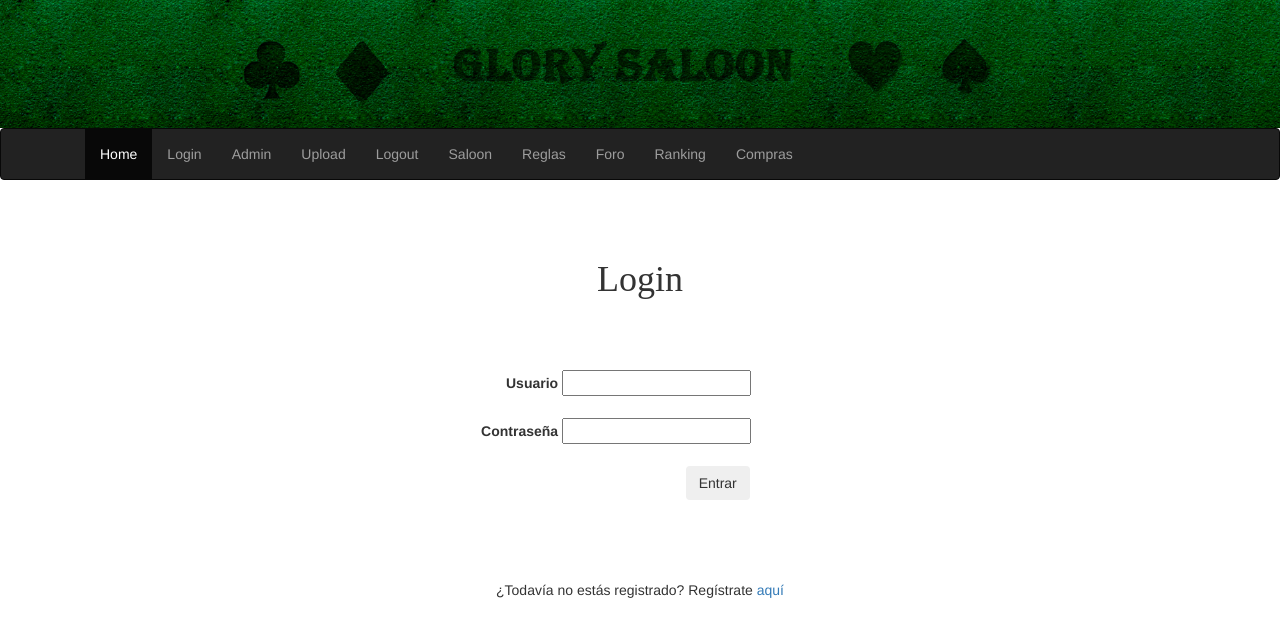
Repository: abvg9/GlorySaloon
Page: http://localhost/iw-base/WEB-INF/jsp/login.jsp
These files come from the project's save history. The page is drawn as it stood at one moment and after the next save; the edit follows.
The browser window is 1280 px wide. The pictures show the whole page.
Some web fonts or font styles are not loaded; a fallback is used. The page is served by Tomcat 9. Nobody is signed in. Other server files are loaded and not shown. The template is opened directly, without the code that normally fills it, so the values that code supplies are empty.

Above is the page before, as saved 2018-04-11 16:48:31.

### iw-base/src/main/webapp/WEB-INF/jsp/login.jsp
<%@ page pageEncoding="UTF-8"%>
<%@ taglib prefix="s" uri="http://www.springframework.org/tags"%>
<%@ taglib prefix="c" uri="http://java.sun.com/jsp/jstl/core"%>
<%@ taglib prefix="sec"
	uri="http://www.springframework.org/security/tags"%>

<%@ include file="../jspf/header.jspf"%>

<div class="starter-template">
	<h1>Login</h1>
	<br><br><br>
    <form action="/login" method="post">
        <fieldset>
           <!-- <legend>Please Login</legend> -->
           <div class = "rightAl">
            <label for="username">Usuario</label>
            <input type="text" id="username" name="username"/><br><br>
            <label for="password">Contraseña</label>
            <input type="password" id="password" name="password"/>
            </div>
            <input type="hidden" name="${_csrf.parameterName}" value="${_csrf.token}"/>
            <br>
            <div class="form-actions">
                <button type="submit" class="btn rightAlBtn">Entrar</button>
            </div>
        </fieldset>
    </form>

	<%@ include file="../jspf/authinfo.jspf"%>
</div>

<%@ include file="../jspf/footer.jspf"%>

### iw-base/src/main/webapp/WEB-INF/jspf/header.jspf
<%@ page pageEncoding="UTF-8"%>
<%@ taglib prefix="s" uri="http://www.springframework.org/tags"%>
<%@ taglib prefix="c" uri="http://java.sun.com/jsp/jstl/core"%>
<!DOCTYPE html>
<html lang="en">
  <head>
    <meta charset="utf-8">
    <meta http-equiv="X-UA-Compatible" content="IE=edge">
    <meta name="viewport" content="width=device-width, initial-scale=1">
    <!-- The above 3 meta tags *must* come first in the head; any other head content must come *after* these tags -->
    <title>Aplicacion Web IW</title>

    <!-- Bootstrap -->
    <link href="${s}/css/bootstrap.min.css" rel="stylesheet">
    <link href="${s}/css/starter-template.css" rel="stylesheet">
    <link href="${s}/css/myOwnTheme.css" rel="stylesheet">
  </head>
  <body>
	<img class="img-responsive" src="${s}/img/headerExtenso.jpg">

	<nav class="navbar navbar-inverse navbar-relative-top">


      <div class="container">
        <div class="navbar-header">
          <button type="button" class="navbar-toggle collapsed" data-toggle="collapse" data-target="#navbar" aria-expanded="false" aria-controls="navbar">
            <span class="sr-only">Toggle navigation</span>
            <span class="icon-bar"></span>
            <span class="icon-bar"></span>
            <span class="icon-bar"></span>
          </button>
        </div>
        <div id="navbar" class="collapse navbar-collapse">
          <ul class="nav navbar-nav">
            <li class="active"><a href="/">Home</a></li>
            <li><a href="/login">Login</a></li>
            <li><a href="/admin">Admin</a></li>
            <li><a href="/upload">Upload</a></li>
            <li><a href="/logout">Logout</a></li>
		    <li><a href="/saloon">Saloon</a></li>
		    <li><a href="/reglas">Reglas</a></li>
		    <li><a href="/foro">Foro</a></li>
		    <li><a href="/ranking">Ranking</a></li>
		    <li><a href="/compras">Compras</a></li>
          </ul>
        </div><!--/.nav-collapse -->
      </div>
    </nav>

    <div class="container">

### iw-base/src/main/webapp/WEB-INF/jspf/authinfo.jspf
<%@ page pageEncoding="UTF-8"%>
<%@ taglib prefix="sec"
	uri="http://www.springframework.org/security/tags"%>

<br><br><br><br>
<sec:authorize access="isAnonymous()">
<div>
	¿Todavía no estás registrado? Regístrate <a>aquí</a>
</div>
</sec:authorize>
<sec:authorize access="isAuthenticated()">
<div >
	<p>Tu usuario es : <sec:authentication property="principal.username" />
	<p>Roles detectados:
	<sec:authorize access="hasRole('USER')">
		hasRole('USER')
	</sec:authorize>
	<sec:authorize access="hasRole('ADMIN')">
		hasRole('ADMIN')
	</sec:authorize>
</div>
</sec:authorize>

### iw-base/src/main/webapp/WEB-INF/jspf/footer.jspf
<%@ page pageEncoding="UTF-8"%>
</div><!-- /.container -->

    <!-- jQuery (necessary for Bootstrap's JavaScript plugins) -->
    <script src="${s}/js/jquery.min.js"></script>
    <!-- Include all compiled plugins (below), or include individual files as needed -->
    <script src="${s}/js/bootstrap.min.js"></script>
  </body>
</html>

### iw-base/src/main/resources/static/css/starter-template.css
body {
  padding-top: 0px;
}
.starter-template {
  padding: 40px 15px;
  text-align: center;
}
table td, table th {
  padding: 2px;
  spacing: 0;
  border: 1px solid gray;
}

### iw-base/src/main/resources/static/css/myOwnTheme.css
@font-face {

	font-family: ‘Algerian’;

		src: url('../fonts/ALGER.eot');

	   	src: url('fonts/ ALGER.eot?#iefix') format('embedded-opentype'),

	        url('fonts/ ALGER.woff') format('woff'),

	        url('fonts/ ALGER.ttf') format('truetype'),


	  font-weight: normal;

	  font-style: normal;

}

p {

	Font-family: ‘Algerian’;

}
h1 {

	Font-family: ‘Algerian’;

}

.rightAl{
	text-align: right;
	margin-right: 40%;

}
.rightAlBtn{
	text-align: right;
	margin-right: -14%;

}

Loaded but not shown: iw-base/src/main/resources/static/css/bootstrap.min.css (library); iw-base/src/main/resources/static/js/jquery.min.js (library); iw-base/src/main/resources/static/js/bootstrap.min.js (library)

After the next save:
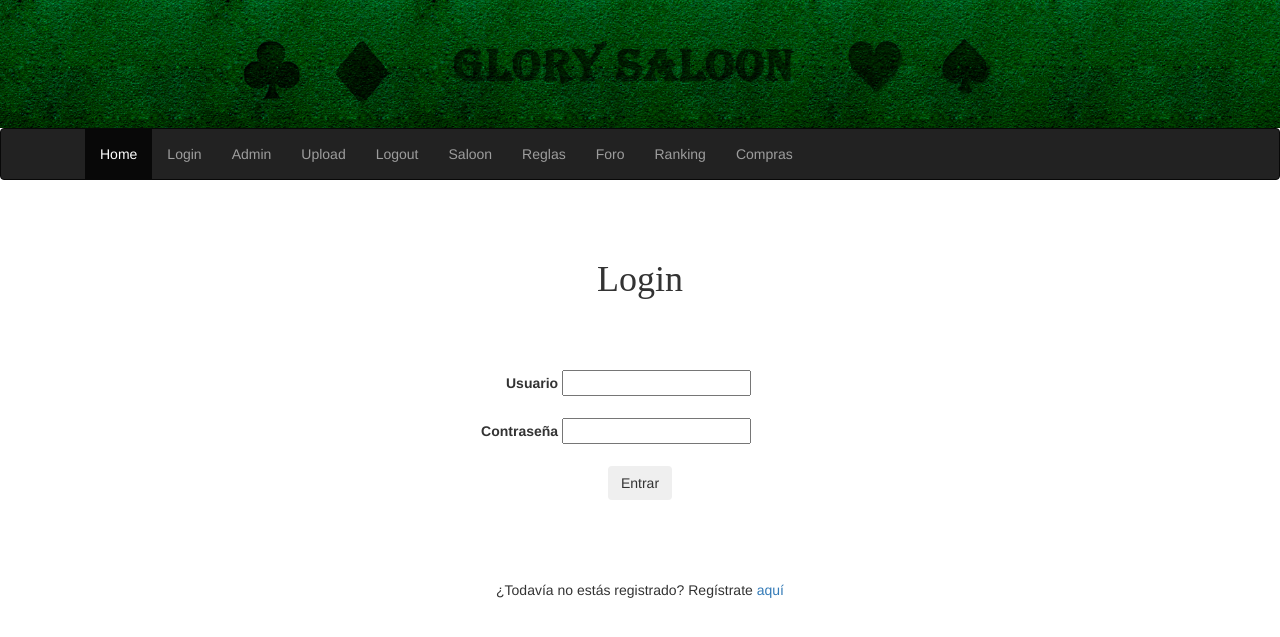
Saved 18 s later.
--- a/iw-base/src/main/webapp/WEB-INF/jsp/login.jsp
+++ b/iw-base/src/main/webapp/WEB-INF/jsp/login.jsp
@@ -21,7 +21,7 @@
             <input type="hidden" name="${_csrf.parameterName}" value="${_csrf.token}"/>
             <br>
             <div class="form-actions">
-                <button type="submit" class="btn rightAlBtn">Entrar</button>
+                <button type="submit" class="btn">Entrar</button>
             </div>
         </fieldset>
     </form>
